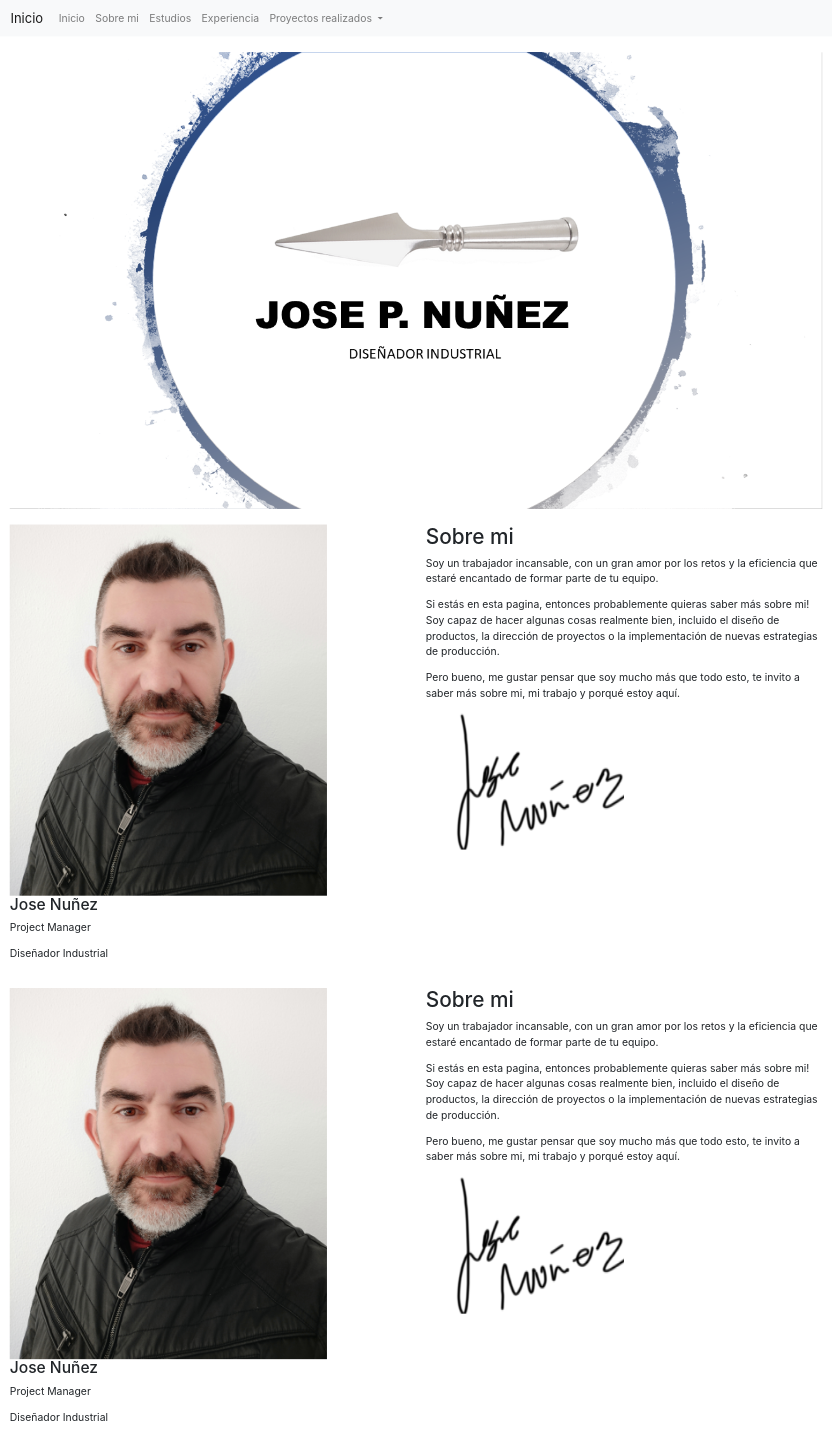
Repository: Hrotgarion1/jose
Page: index.html
An editor plug-in stored every save of this project. The page is shown before and after the next save, followed by the edit.
The browser window is 1280 px wide. The pictures show the whole page, at 65% of full size.

Above is the page before, as saved 2020-09-29 19:08:19.

### index.html
<!DOCTYPE html>
<html lang="en">
<head>
    <meta charset="UTF-8">
    <meta name="viewport" content="width=device-width, user-scalable=no, initial-scale=1.0, maximum-scale=1.0, minimum-scale=1.0">
    <title>josenunez.eu</title>
    <meta name="jose p nunez" content="">
    <link rel="stylesheet" href="css/bootstrap.min.css">
    <!-- Favicon -->
    <link rel="shortcut icon" href="img/LogoPuntaDeLanza.png">
</head>
<body>
    <!--Navegador responsive de la web-->
    <nav class="bg-primary navbar navbar-expand-lg navbar-light bg-light">
        <a class="navbar-brand" href="../jose/index.html">Inicio</a>
        <button class="navbar-toggler" type="button" data-toggle="collapse" data-target="#navbarNavDropdown" aria-controls="navbarNavDropdown" aria-expanded="false" aria-label="Toggle navigation">
          <span class="navbar-toggler-icon"></span>
        </button>

        <div class="collapse navbar-collapse" id="navbarNavDropdown">
          <ul class="navbar-nav">
            <li class="nav-item">
              <a class="nav-link" href="#inicio">Inicio <span class="sr-only">(current)</span></a>
            </li>
            <li class="nav-item">
              <a class="nav-link" href="#sobre">Sobre mi <span class="sr-only">(current)</span></a>
            </li>
            <li class="nav-item">
              <a class="nav-link" href="#cv">Estudios</a>
            </li>
            <li class="nav-item">
              <a class="nav-link" href="#">Experiencia</a>
            </li>
            <li class="nav-item dropdown">
              <a class="nav-link dropdown-toggle" href="#" id="navbarDropdownMenuLink" role="button" data-toggle="dropdown" aria-haspopup="true" aria-expanded="false">
                Proyectos realizados
              </a>
              <div class="dropdown-menu" aria-labelledby="navbarDropdownMenuLink">
                <a class="dropdown-item" href="../jose/solid.html">Diseños con SolidWorks</a>
                <a class="dropdown-item" href="../jose/catia.html">Diseños con Catia V5</a>
                <a class="dropdown-item" href="../jose/projects.html">Proyectos realizados</a>
                <a class="dropdown-item" href="../jose/video.html">Videos</a>
              </div>
            </li>
          </ul>
        </div>
      </nav>
      <br>

      <!--Imagen principal-->
      <div class="container-fluid">
        <section id="inicio">
          <div class="row">
            <div class="col-xs-12 col-sm-12 col-md-12 col-lg-12">
              <img src="img/LogoPuntaDeLanza.png" width="100%" height="100%">
            </div>
          </div>
        </section>
        <br>

        <!--Seccion en la que me presento-->

        <section class="main row" id="sobre">
          <article class="col-xs-12 col-sm-8 col-md-6 col-lg-6">
              <img src="img/Jose1peque.png" width="80%" height="80%">
              <br>
              <h4 class="t-name">Jose Nuñez</h4>
              <p><span class="t-role">Project Manager</span></p>
              <p><span class="t-role">Diseñador Industrial</span></p>

          </article>
          <br>

         <aside class="col-xs-12 col-sm-4 col-md-6 col-lg-6">
          <h2 class="t1-heading">Sobre mi</h2>
                <p>Soy un trabajador incansable, con un gran amor por los retos y la eficiencia que estaré encantado de formar parte de tu equipo.</p>
                <p>Si estás en esta pagina, entonces probablemente quieras saber más sobre mi! Soy capaz de hacer algunas cosas realmente bien, incluido el diseño de productos, la dirección de proyectos o la implementación de nuevas estrategias de producción.</p>
                <p>Pero bueno, me gustar pensar que soy mucho más que todo esto, te invito a saber más sobre mi, mi trabajo y porqué estoy aquí.</p>
                <img src="img/firmajose.png" width="50%" height="30%"alt="J.Nuñez">
       </aside>
        </section>

        <!--Seccion en la que pongo unas listas con mis capacidades y mis estudios-->

        <section class="main row" id="cv">
          <article class="col-xs-12 col-sm-8 col-md-6 col-lg-6">
              <img src="img/Jose1peque.png" width="80%" height="80%">
              <br>
              <h4 class="t-name">Jose Nuñez</h4>
              <p><span class="t-role">Project Manager</span></p>
              <p><span class="t-role">Diseñador Industrial</span></p>

          </article>
          <br>

         <aside class="col-xs-12 col-sm-4 col-md-6 col-lg-6">
          <h2 class="t1-heading">Sobre mi</h2>
                <p>Soy un trabajador incansable, con un gran amor por los retos y la eficiencia que estaré encantado de formar parte de tu equipo.</p>
                <p>Si estás en esta pagina, entonces probablemente quieras saber más sobre mi! Soy capaz de hacer algunas cosas realmente bien, incluido el diseño de productos, la dirección de proyectos o la implementación de nuevas estrategias de producción.</p>
                <p>Pero bueno, me gustar pensar que soy mucho más que todo esto, te invito a saber más sobre mi, mi trabajo y porqué estoy aquí.</p>
                <img src="img/firmajose.png" width="50%" height="30%"alt="J.Nuñez">
       </aside>
        </section>



      </div>



    <script src="js/jquery-3.5.1.min.js"></script>
    <script src="js/bootstrap.min.js"></script>



</body>
</html>

Loaded but not shown: css/bootstrap.min.css (library); js/jquery-3.5.1.min.js (library); js/bootstrap.min.js (library)

After the next save:
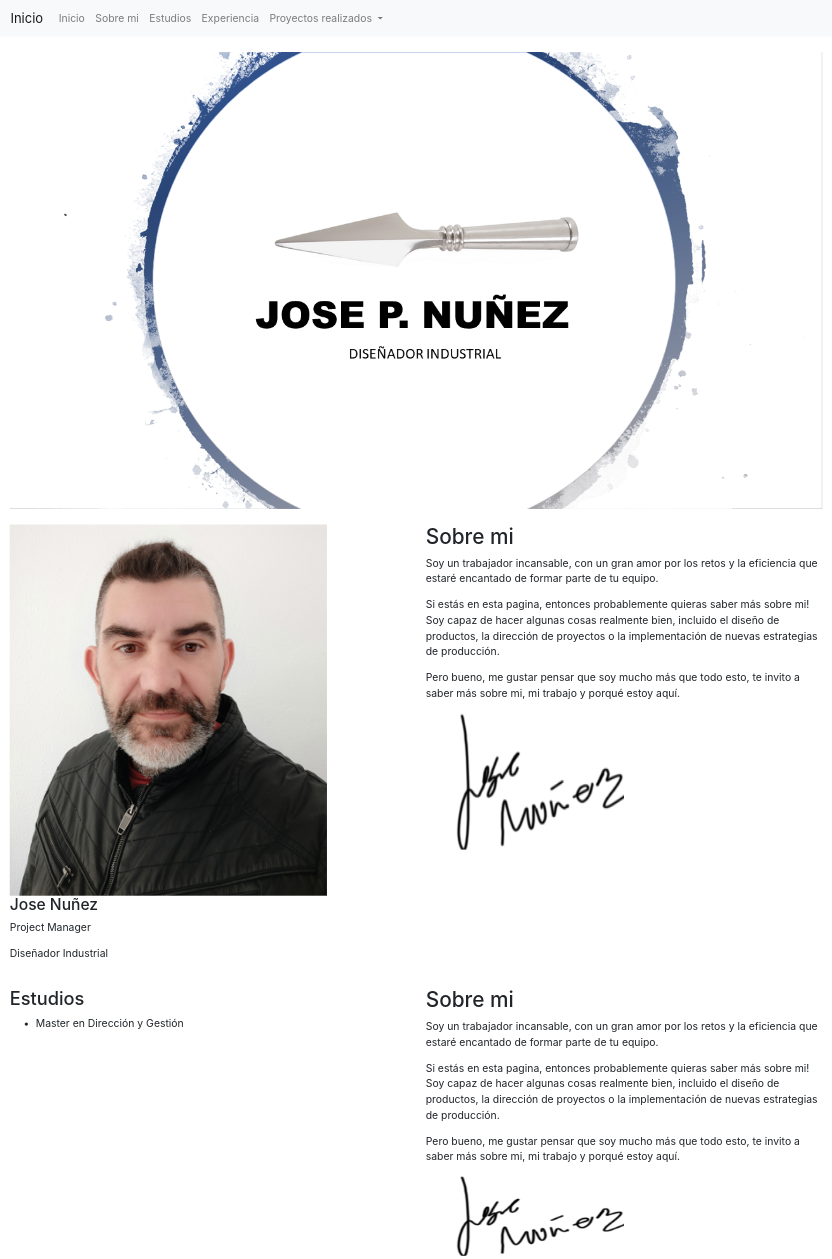
Saved 2 min 47 s later.
--- a/index.html
+++ b/index.html
@@ -61,7 +61,7 @@
         <!--Seccion en la que me presento-->
 
         <section class="main row" id="sobre">
-          <article class="col-xs-12 col-sm-8 col-md-6 col-lg-6">
+          <article class="col-xs-12 col-sm-6 col-md-6 col-lg-6">
               <img src="img/Jose1peque.png" width="80%" height="80%">
               <br>
               <h4 class="t-name">Jose Nuñez</h4>
@@ -71,7 +71,7 @@
           </article>
           <br>
 
-         <aside class="col-xs-12 col-sm-4 col-md-6 col-lg-6">
+         <aside class="col-xs-12 col-sm-6 col-md-6 col-lg-6">
           <h2 class="t1-heading">Sobre mi</h2>
                 <p>Soy un trabajador incansable, con un gran amor por los retos y la eficiencia que estaré encantado de formar parte de tu equipo.</p>
                 <p>Si estás en esta pagina, entonces probablemente quieras saber más sobre mi! Soy capaz de hacer algunas cosas realmente bien, incluido el diseño de productos, la dirección de proyectos o la implementación de nuevas estrategias de producción.</p>
@@ -83,17 +83,16 @@
         <!--Seccion en la que pongo unas listas con mis capacidades y mis estudios-->
 
         <section class="main row" id="cv">
-          <article class="col-xs-12 col-sm-8 col-md-6 col-lg-6">
-              <img src="img/Jose1peque.png" width="80%" height="80%">
-              <br>
-              <h4 class="t-name">Jose Nuñez</h4>
-              <p><span class="t-role">Project Manager</span></p>
-              <p><span class="t-role">Diseñador Industrial</span></p>
+          <article class="col-xs-12 col-sm-6 col-md-6 col-lg-6">
+              <h3>Estudios</h3>
+              <ul>
+                <li>Master en Dirección y Gestión</li>
+              </ul>
 
           </article>
           <br>
 
-         <aside class="col-xs-12 col-sm-4 col-md-6 col-lg-6">
+         <aside class="col-xs-12 col-sm-6 col-md-6 col-lg-6">
           <h2 class="t1-heading">Sobre mi</h2>
                 <p>Soy un trabajador incansable, con un gran amor por los retos y la eficiencia que estaré encantado de formar parte de tu equipo.</p>
                 <p>Si estás en esta pagina, entonces probablemente quieras saber más sobre mi! Soy capaz de hacer algunas cosas realmente bien, incluido el diseño de productos, la dirección de proyectos o la implementación de nuevas estrategias de producción.</p>
